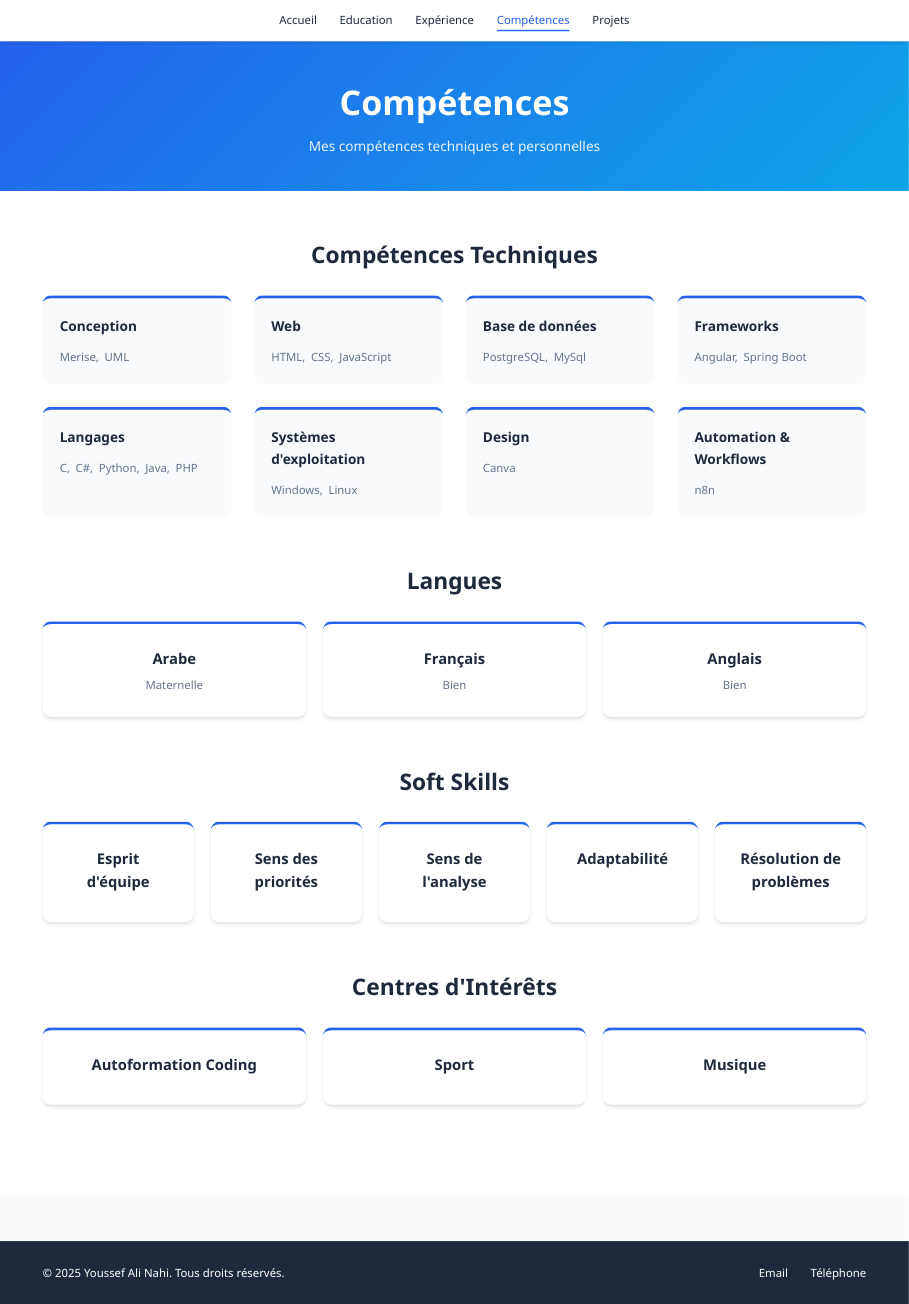
Repository: Youssef-Nahi504/My_Portfolio
Page: competences.html
The author's editor kept a copy of each file at every save. The page is drawn from the files as they stood at one save, then again after the next save.
The browser window is 1280 px wide. The pictures show the whole page, at 71% of full size.

Above is the page before, as saved 2025-12-21 14:12:36.
Console error: TypeError: Cannot set properties of null (setting 'textContent')

After the next save:
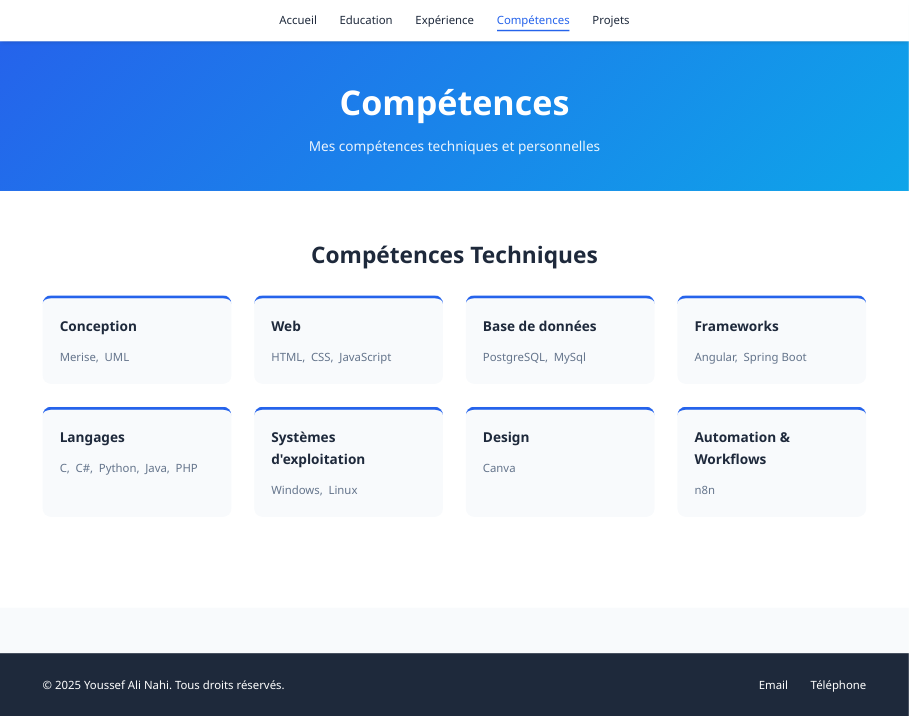
Saved 18 min 53 s later.
--- a/competences.html
+++ b/competences.html
@@ -98,7 +98,7 @@
                     </div>
                 </div>
 
-                <div class="skills-category">
+                <!-- <div class="skills-category">
                     <h2 class="category-title">Langues</h2>
                     <div class="languages-grid">
                         <div class="language-card">
@@ -150,7 +150,7 @@
                             <h3>Musique</h3>
                         </div>
                     </div>
-                </div>
+                </div> -->
             </div>
         </section>
     </main>
